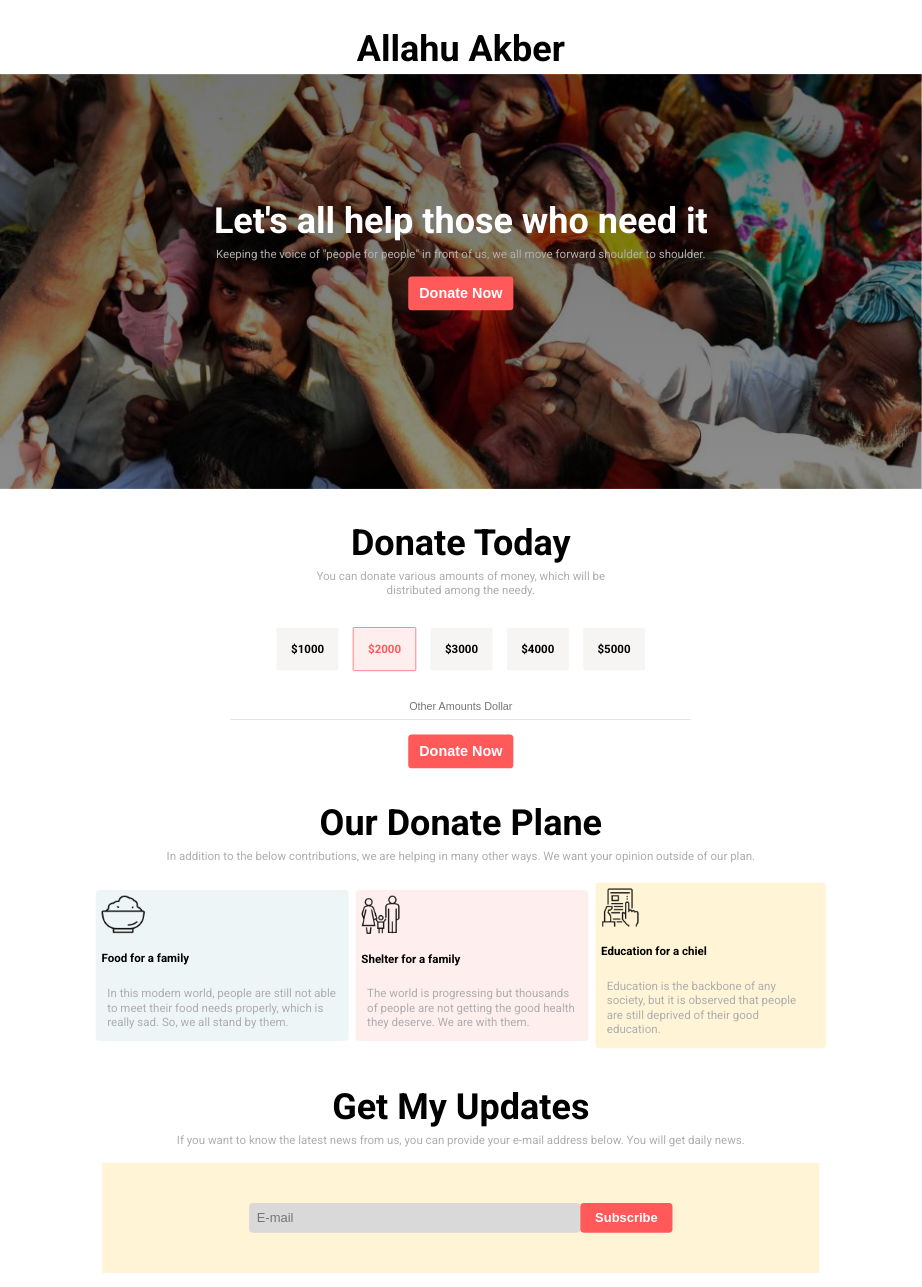
Repository: zjria/suppert-the-helpness
Page: index.html
These files come from the project's save history. The page is drawn as it stood at one moment and after the next save; the edit follows.
The browser window is 1280 px wide. The pictures show the whole page, at 72% of full size.

Above is the page before, as saved 2022-08-26 19:53:04.

### index.html
<!DOCTYPE html>
<html lang="en">

<head>
    <meta charset="UTF-8">
    <meta http-equiv="X-UA-Compatible" content="IE=edge">
    <meta name="viewport" content="width=device-width, initial-scale=1.0">
    <title>Support the helpless</title>
    <!-- Google Fonts -->
    <link rel="preconnect" href="https://fonts.googleapis.com">
    <link rel="preconnect" href="https://fonts.gstatic.com" crossorigin>
    <link href="https://fonts.googleapis.com/css2?family=Roboto:wght@100;300;400;500;700;900&display=swap"
        rel="stylesheet">
    <!-- Custom CSS -->
    <link rel="stylesheet" href="style.css">
</head>

<body>
    <h1>Allahu Akber</h1>
    <!-- Header Section -->
    <section class="header_section">
        <div class="header-text">
            <h1>Let's all help those who need it</h1>
            <p>Keeping the voice of "people for people" in front of us, we all move forward shoulder to shoulder.</p>
            <button class="button-style">Donate Now</button>
        </div>
    </section>
    <!-- Donate today Section -->
    <section class="donate-today">
        <h1>Donate Today</h1>
        <p>You can donate various amounts of money, which will be <br> distributed among the needy.</p>
        <div class="amounts">
            <div class="dollar">$1000</div>
            <div class="dollar" id="second">$2000</div>
            <div class="dollar">$3000</div>
            <div class="dollar">$4000</div>
            <div class="dollar">$5000</div>
        </div>
        <div class="input-field">
            <input type="text" placeholder="Other Amounts Dollar">
            <div class="line-style">
            </div>
            <button class="button-style">Donate Now</button>
        </div>
    </section>
    <!-- Our Donate Plane Section -->
    <section class="donate-lane">
        <h1>Our Donate Plane</h1>
        <p>In addition to the below contributions, we are helping in many other ways. We want your opinion outside of
            our plan.</p>

        <div class="our-plan">
            <div class="plane" id="plane-one">
                <img src="images/food.png" alt="">
                <h4>Food for a family</h4>
                <p>In this modern world, people are still not able to meet their food needs properly, which is really
                    sad. So, we all stand by them.
                </p>
            </div>
            <div class="plane" id="plane-tow">
                <img src="images/shelter.png" alt="">
                <h4>Shelter for a family</h4>
                <p>The world is progressing but thousands of people are not getting the good health they deserve. We are
                    with them.
                </p>
            </div>
            <div class="plane" id="plane-three">
                <img src="images/Frame-1.png" alt="">
                <h4>Education for a chiel</h4>
                <p>Education is the backbone of any society, but it is observed that people are still deprived of their
                    good education.
                </p>
            </div>
        </div>

    </section>
    <!-- Get my updates -->
    <section class="updates">
        <h1>Get My Updates</h1>
        <p>If you want to know the latest news from us, you can provide your e-mail address below. You will get daily
            news.</p>
        <div class="color">
            <input type="email" id="email" pattern=".+@globex\.com" size="40" required placeholder="E-mail"
                <span><button class="button">Subscribe</button></span>



        </div>
    </section>
</body>

</html>

### style.css
body {
    font-family: 'Roboto', sans-serif;
    margin: 0%;
    padding: 0%;
}

/* Header Section */
.header_section {
    background-image: linear-gradient(rgb(0, 0, 0, 0.55), rgb(0, 0, 0, 0.45)), url(images/header.jpg);
    background-position: center;
    background-size: cover;
    width: 100%;
    height: 80vh;
    color: white;
}

.header-text {
    margin: auto;
    justify-content: center;
    align-items: center;
    padding-top: 10%;
}

h1 {
    font-size: 50px;
    padding: 5px;
    margin-bottom: 1px;
    text-align: center;

}

p {
    font-size: 16px;
    padding: 2px;
    margin: 0px 0px 20px 0px;
    font: bolder;
    text-align: center;
    color: #aeaeae;
}

.button-style {
    font-size: 20px;
    padding: 12px 15px;
    background-color: #ff5959;
    color: white;
    border-radius: 5px;
    border: none;
    font-weight: 700;
    text-align: center;
    align-items: center;
    justify-content: center;
    margin: 0 auto;
    display: flex;
}


/* donate-today */
.amounts {
    display: flex;
    margin: auto;
    align-items: center;
    text-align: center;
    justify-content: center;
}

.dollar {
    padding: 20px;
    background: rgb(247, 244, 244);
    margin: 20px 10px 30px 10px;
    border-radius: 2px;
    font-weight: bold;
}

.dollar#second {
    border: 1px solid #ff5959;
    background: #ffeeee;
    transition: none;
    transform: none;
    color: #ff5959;
    font-weight: bold;
}

.input-field input {
    text-align: center;
    align-items: center;
    margin: 0 auto;
    display: flex;
    border: 0;
    padding: 10px 15px;
    width: 50%;
    font-size: 15px;
}

.input-field .line-style {
    width: 50%;
    text-align: center;
    align-items: center;
    margin: 0 auto;
    content: '';
    background-color: #dadada;
    color: #dadada;
    height: 1px;
    margin-bottom: 20px;
}

.our-plan {
    display: flex;
    width: 80%;
    text-align: center;
    justify-content: center;
    margin: 0 auto;
    align-items: center;

}

.plane,
.plane p {
    margin: 5px;
    text-align: start;
    padding: 8px;
    border-radius: 5px;
}

.plane p {
    margin: 0px;
    line-height: 20px;
}

.plane#plane-one {
    background-color: #edf5f6;
}

.plane#plane-tow {
    background-color: #ffeeee;
}

.plane#plane-three {
    background-color: #fff4d6;
}

.updates {
    margin: 20px 0px;
}

.color {
    background-color: #fff4d6;
    width: 70%;
    padding: 50px;
    text-align: center;
    justify-content: center;
    align-items: center;
    display: flex;
    margin: 0 auto;
}

.color input {
    background-color: #d9d9d9;
    padding: 10px 10px;
    border: none;
    border-radius: 5px;
    font-size: 18px;
}

input {
    margin: .4rem 0;
}

.color .button {
    font-size: 18px;
    padding: 10px 20px;
    background-color: #ff5959;
    color: white;
    border-radius: 5px;
    border: none;
    font-weight: 700;
}

After the next save:
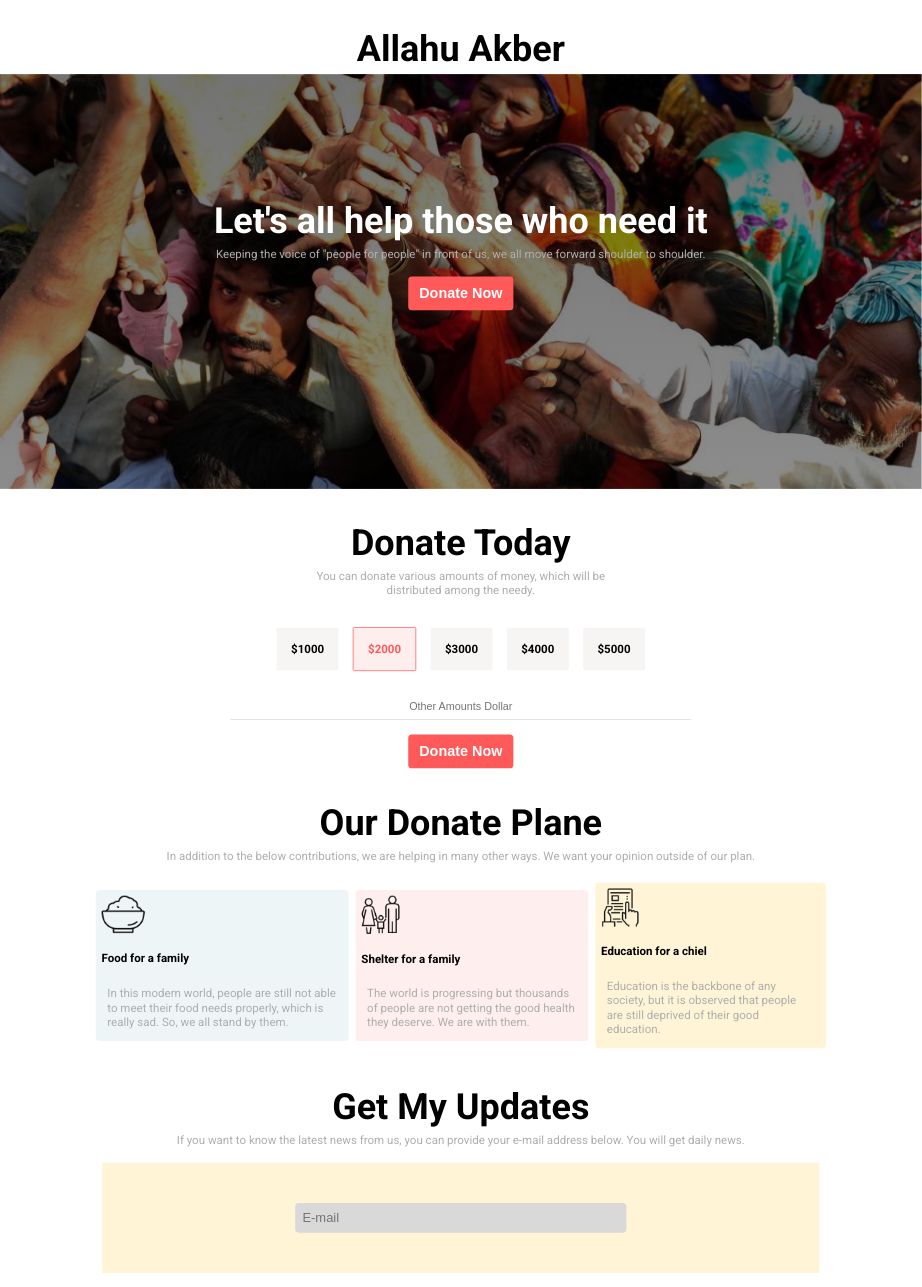
Saved 35 s later.
--- a/index.html
+++ b/index.html
@@ -80,8 +80,7 @@
         <p>If you want to know the latest news from us, you can provide your e-mail address below. You will get daily
             news.</p>
         <div class="color">
-            <input type="email" id="email" pattern=".+@globex\.com" size="40" required placeholder="E-mail"
-                <span><button class="button">Subscribe</button></span>
+            <input type="email" id="email" pattern=".+@globex\.com" size="40" required placeholder="E-mail">
 
 
 

After the save that followed:
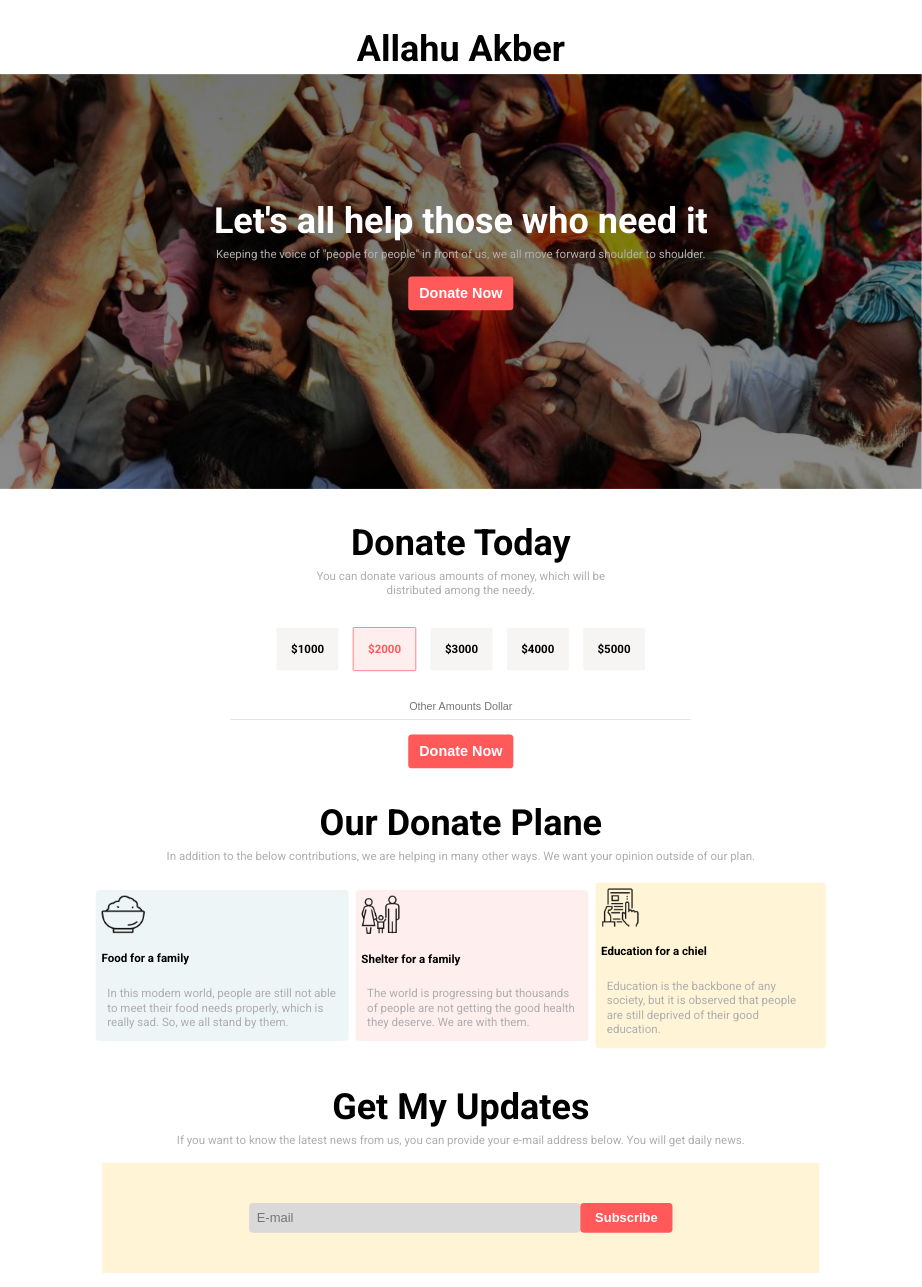
Saved 9 s later.
--- a/index.html
+++ b/index.html
@@ -81,7 +81,7 @@
             news.</p>
         <div class="color">
             <input type="email" id="email" pattern=".+@globex\.com" size="40" required placeholder="E-mail">
-
+            <span><button class="button">Subscribe</button></span>
 
 
         </div>
